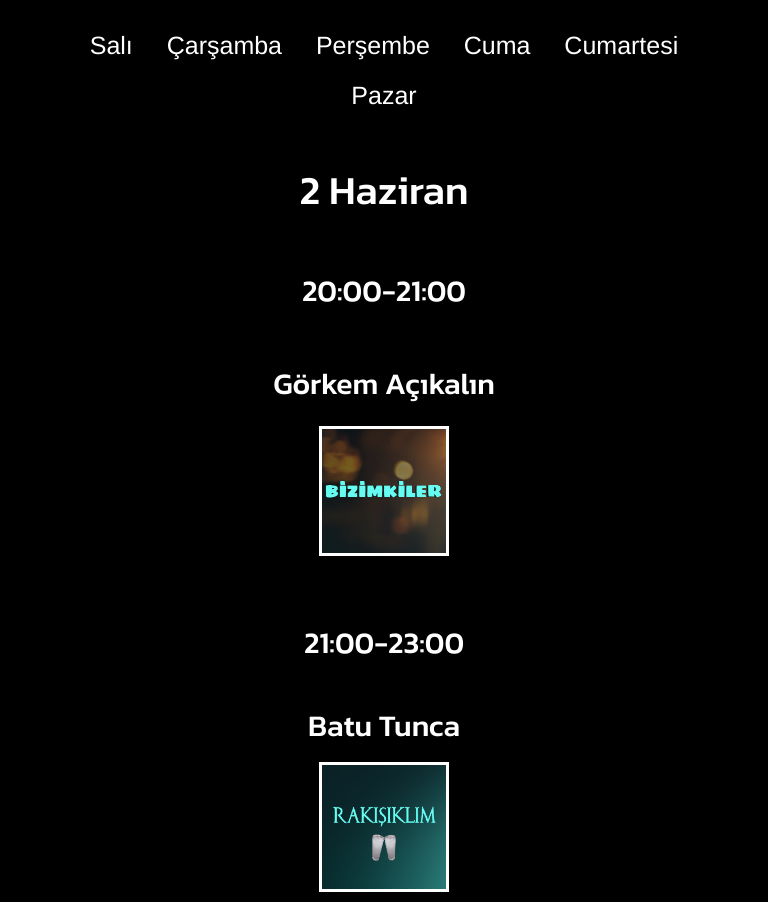
Repository: kaanistemi/program
Page: index.html
The author's editor kept a record of every edit. The page is drawn from the files as they stood at one moment, then again after the next edit.
The browser window is 768 px wide. The pictures show the whole page.

Above is the page before.

### index.html
<!DOCTYPE html>
<html lang="en">

<head>
    <title>Bootstrap Example</title>
    <meta charset="utf-8">
    <meta name="viewport" content="width=device-width, initial-scale=1">
    <link href="https://fonts.googleapis.com/css2?family=Kanit:wght@500&display=swap" rel="stylesheet">
    <link rel="stylesheet" href="https://maxcdn.bootstrapcdn.com/bootstrap/3.4.1/css/bootstrap.min.css">
    <script src="https://ajax.googleapis.com/ajax/libs/jquery/3.5.1/jquery.min.js"></script>
    <script src="https://maxcdn.bootstrapcdn.com/bootstrap/3.4.1/js/bootstrap.min.js"></script>
    <link rel="stylesheet" type="text/css" href="assets/css/style.css">
</head>


<body>


    <div class="container">

        <ul class="nav navbar-nav navbar-collapse navbar-light-2">
            <li class="active"><a data-toggle="pill" href="#home" class="gunler">Salı</a></li>
            <li><a data-toggle="pill" href="#menu2" class="gunler">Çarşamba</a></li>
            <li><a data-toggle="pill" href="#menu3" class="gunler">Perşembe</a></li>
            <li><a data-toggle="pill" href="#menu4" class="gunler">Cuma</a></li>
            <li><a data-toggle="pill" href="#menu5" class="gunler">Cumartesi</a></li>
            <li><a data-toggle="pill" href="#menu6" class="gunler">Pazar</a></li>
        </ul>
    </div>

    <div class="tab-content">
        <div id="home" class="tab-pane fade in active mt-5">
            <div class="container">
                <div class="row">
                    <h2 class="event-baslik">
                        <center>2 Haziran</h2>
                    </center>

                    <div class="col-md-5">
                        <p>20:00-21:00</p>
                    </div>
                    <div class="col-md-5">
                        <p>Görkem Açıkalın</p>
                    </div>
                    <div class="col-md-2">
                        <center><img src=assets/images/100x100gorkembzmklr.png alt="Istanbul1" class="rounded-circle" height=130 width=130></center>
                    </div>

                </div>
            </div>
            <div class="container">
                <div class="row">
                    <h3>

                        </center>
                        <div class="col-md-5">
                            <p>21:00-23:00</p>
                        </div>
                        <div class="col-md-5">
                            <p>Batu Tunca</p>
                        </div>
                        <div class="col-md-2">
                            <center><img src=assets/images/Rakisiklim_100x100.png alt="Istanbul1" class="rounded-circle" height=130 width=130></center>
                        </div>
                </div>
            </div>
        </div>
        <div id="menu2" class="tab-pane fade">
            <div class="container">
                <div class="row">
                    <h2 class="event-baslik">
                        <center>3 Haziran</h2>
                    </center>

                    <div class="col-md-5">
                        <p>20:00-21:00</p>
                    </div>
                    <div class="col-md-5">
                        <p>Görkem Açıkalın</p>
                    </div>
                    <div class="col-md-2">
                        <center><img src=assets/images/FunkySoul_100x100.png alt="Istanbul1" class="rounded-circle" height=130 width=130></center>
                    </div>

                </div>
            </div>
            <div class="container">
                <div class="row">
                    <h3>

                        </center>
                        <div class="col-md-5">
                            <p>21:00-22:00</p>
                        </div>
                        <div class="col-md-5">
                            <p>Arda Önkol</p>
                        </div>
                        <div class="col-md-2">
                            <center><img src=assets/images/Southern_Pipeline_100x100.png alt="Istanbul1" class="rounded-circle" height=130 width=130></center>
                        </div>
                </div>
            </div>

            <div class="container">
                <div class="row">
                    <h3>

                        </center>
                        <div class="col-md-5">
                            <p>22:00-23:00</p>
                        </div>
                        <div class="col-md-5">
                            <p>Kıvanç Hasançebi</p>
                        </div>
                        <div class="col-md-2">
                            <center><img src=assets/images/T_Rap_100X100.png alt="Istanbul1" class="rounded-circle" height=130 width=130></center>
                        </div>
                </div>
            </div>


        </div>
        <div id="menu3" class="tab-pane fade">
            <div class="container">
                <div class="row">
                    <h2 class="event-baslik">
                        <center>4 Haziran</h2>
                    </center>

                    <div class="col-md-5">
                        <p>20:00-21:00</p>
                    </div>
                    <div class="col-md-5">
                        <p>Ece Misirli</p>
                    </div>
                    <div class="col-md-2">
                        <center><img src=assets/images/FunkySoul_100x100.png alt="Istanbul1" class="rounded-circle" height=130 width=130></center>
                    </div>

                </div>
            </div>
            <div class="container">
                <div class="row">
                    <h3>

                        </center>
                        <div class="col-md-5">
                            <p>21:00-22:00</p>
                        </div>
                        <div class="col-md-5">
                            <p>Kıvanç Hasançebi</p>
                        </div>
                        <div class="col-md-2">
                            <center><img src=assets/images/chilli_boom_Program_100x100.png alt="Istanbul1" class="rounded-circle" height=130 width=130></center>
                        </div>
                </div>
            </div>

            <div class="container">
                <div class="row">
                    <h3>

                        </center>
                        <div class="col-md-5">
                            <p>22:00-23:00</p>
                        </div>
                        <div class="col-md-5">
                            <p>Mertcan Özer</p>
                        </div>
                        <div class="col-md-2">
                            <center><img src=assets/images/Serial_Chiller_100x100.png alt="Istanbul1" class="rounded-circle" height=130 width=130></center>
                        </div>
                </div>
            </div>

        </div>

        <div id="menu4" class="tab-pane fade">
            <div class="container">
                <div class="row">
                    <h2 class="event-baslik">
                        <center>5 Haziran</h2>
                    </center>

                    <div class="col-md-5">
                        <p>21:00-22:00</p>
                    </div>
                    <div class="col-md-5">
                        <p>Arınç Demirtaş</p>
                    </div>
                    <div class="col-md-2">
                        <center><img src=assets/images/mcrowave100.png alt="Istanbul1" class="rounded-circle" height=130 width=130></center>
                    </div>

                </div>
            </div>
            <div class="container">
                <div class="row">
                    <h3>

                        </center>
                        <div class="col-md-5">
                            <p>22:00-23:00</p>
                        </div>
                        <div class="col-md-5">
                            <p>Gökhan Altunkaya</p>
                        </div>
                        <div class="col-md-2">
                            <center><img src=assets/images/different100.png alt="Istanbul1" class="rounded-circle" height=130 width=130></center>
                        </div>
                </div>
            </div>

            <div class="container">
                <div class="row">
                    <h3>

                        </center>
                        <div class="col-md-5">
                            <p>23:00-00:00</p>
                        </div>
                        <div class="col-md-5">
                            <p>Guest</p>
                        </div>
                        <div class="col-md-2">
                            <center><img src=assets/images/guest_mix_100x100.png alt="Istanbul1" class="rounded-circle" height=130 width=130></center>
                        </div>
                </div>
            </div>
            <div class="container">
                <div class="row">
                  <h3>
                        <div class="col-md-5">
                            <p>00:00-02:00</p>
                        </div>
                        <div class="col-md-5">
                            <p>SİMGE</p>
                        </div>
                        <div class="col-md-2">
                            <center><img src=assets/images/Dark_Basement_100x100.png alt="Istanbul1" class="rounded-circle" height=130 width=130></center>
                        </div>
                </div>
            </div>
        </div>

        <div id="menu5" class="tab-pane fade">
            <div class="container">
                <div class="row">
                    <h2 class="event-baslik">
                        <center>6 Haziran</h2>
                    </center>

                    <div class="col-md-5">
                        <p>21:00-22:00</p>
                    </div>
                    <div class="col-md-5">
                        <p>Arınç Demirtaş</p>
                    </div>
                    <div class="col-md-2">
                        <center><img src=assets/images/mcrowave100.png alt="Istanbul1" class="rounded-circle" height=130 width=130></center>
                    </div>

                </div>
            </div>
            <div class="container">
                <div class="row">
                    <h3>

                        </center>
                        <div class="col-md-5">
                            <p>22:00-23:00</p>
                        </div>
                        <div class="col-md-5">
                            <p>Gökhan Altunkaya</p>
                        </div>
                        <div class="col-md-2">
                            <center><img src=assets/images/different100.png alt="Istanbul1" class="rounded-circle" height=130 width=130></center>
                        </div>
                </div>
            </div>

            <div class="container">
                <div class="row">
                    <h3>

                        </center>
                        <div class="col-md-5">
                            <p>23:00-00:00</p>
                        </div>
                        <div class="col-md-5">
                            <p>Guest</p>
                        </div>
                        <div class="col-md-2">
                            <center><img src=assets/images/guest_mix_100x100.png alt="Istanbul1" class="rounded-circle" height=130 width=130></center>
                        </div>
                </div>
            </div>

            <div class="container">
                <div class="row">
                    <h3>

                        </center>
                        <div class="col-md-5">
                            <p>00:00-02:00</p>
                        </div>
                        <div class="col-md-5">
                            <p>Korcan Atila</p>
                        </div>
                        <div class="col-md-2">
                            <center><img src=assets/images/Dark_Basement_100x100.png alt="Istanbul1" class="rounded-circle" height=130 width=130></center>
                        </div>
                </div>
            </div>
        </div>

        <div id="menu6" class="tab-pane fade">
            <div class="container">
                <div class="row">
                    <h2 class="event-baslik">
                        <center>7 Haziran</h2>
                    </center>

                    <div class="col-md-5">
                        <p>19:00-20:00</p>
                    </div>
                    <div class="col-md-5">
                        <p>Odul</p>
                    </div>
                    <div class="col-md-2">
                        <center><img src=assets/images/FunkySoul_100x100.png alt="Istanbul1" class="rounded-circle" height=130 width=130></center>
                    </div>

                </div>
            </div>


            <div class="container">
                <div class="row">
                    <h3>

                        </center>
                        <div class="col-md-5">
                            <p>20:00-21:00</p>
                        </div>
                        <div class="col-md-5">
                            <p>Kıvanç Hasançebi</p>
                        </div>
                        <div class="col-md-2">
                            <center><img src=assets/images/FunkySoul_100x100.png alt="Istanbul1" class="rounded-circle" height=130 width=130></center>
                        </div>
                </div>
            </div>
            <div class="container">
                <div class="row">
                    <h3>

                        </center>
                        <div class="col-md-5">
                            <p>21:00-23:00</p>
                        </div>
                        <div class="col-md-5">
                            <p>Mertcan Özer</p>
                        </div>
                        <div class="col-md-2">
                            <center><img src=assets/images/pazar_sarkıları_100x100.png alt="Istanbul1" class="rounded-circle" height=130 width=130></center>
                        </div>
                </div>
            </div>
        </div>
    </div>
    <script>
        $(".tabsBtn").on("click",'.btn', function(){
          $(".tabsBtn .btn").removeClass("active");
          $(this).addClass("active");

        });
    </script>

</body>

</html>

### assets/css/style.css
body {
    background-color: #000000;
}



.navbar-nav {
    float: none;
    text-align: center;
    margin-right: 100px;
}

.navbar-nav li {
    display: inline-block;
    float: none;

}

.col-sm-2 {}

.col-md-5 {
    font-size: 30px;
    margin-top: 50px;
    color: #fff;
    font-family: 'Kanit', sans-serif;
}

.event-baslik {
    color: #fff;
}

.rounded-circle {
    margin-top: 10px;
    border: #fff solid 3px;
}

.event-baslik {
    font-size: 40px;
    line-height: 60px;
    font-family: 'Kanit', sans-serif;

}

.gunler {
    font-size: 25px;
    color: #fff;
}

.container {
    margin-top: 20px;
}

.day-blue {
    color: #66FCF1;
    font-size: 30px;
    font-family: 'Kanit', sans-serif;
}

.navbar-light-2 a:hover {

  color: #66FCF1;
  background-color: #000;
}

.navbar-light-2 li a:hover {
  background-color: #000000;
  font-size: 200%;

}

.active{
    background:#000000 !important ;
    color: #66FCF1 !important;

}

@media screen and (min-width: 930px) {
  .col-md-5
  {
   ;
  }
}


@media screen and (max-width: 931px) {
  .col-md-5 {
    text-align: center;
  }
}

After the next edit:
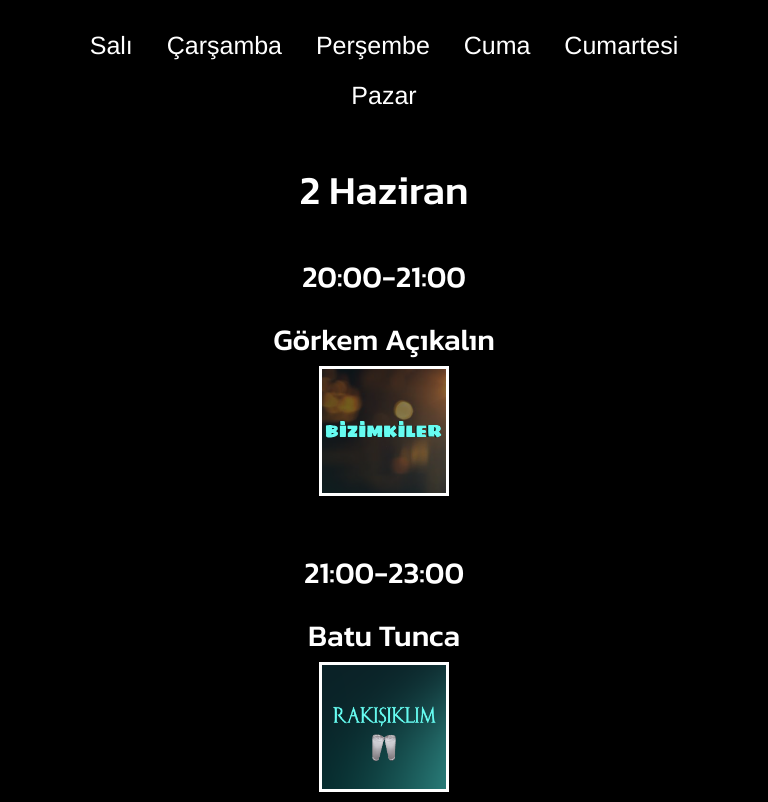
The edit:
--- a/assets/css/style.css
+++ b/assets/css/style.css
@@ -85,5 +85,6 @@
 @media screen and (max-width: 931px) {
   .col-md-5 {
     text-align: center;
+    line-height: 13px;
   }
 }
